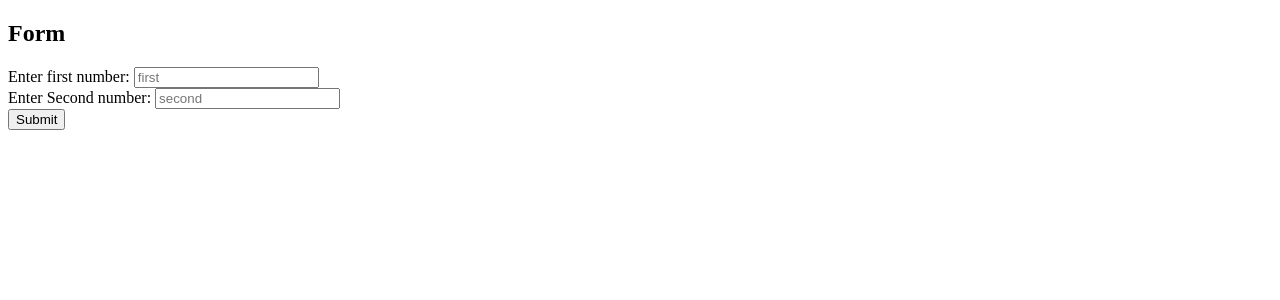
Repository: satvikagrasani/Spring-WorkSpace
Page: SpringMVC/WebAppDemo/FirstWebApp/src/main/webapp/index.html
An editor plug-in stored every save of this project. The page is shown before and after the next save, followed by the edit.
The browser window is 1280 px wide. The pictures show the whole page.

Above is the page before, as saved 2023-08-21 04:38:57.

After the next save:
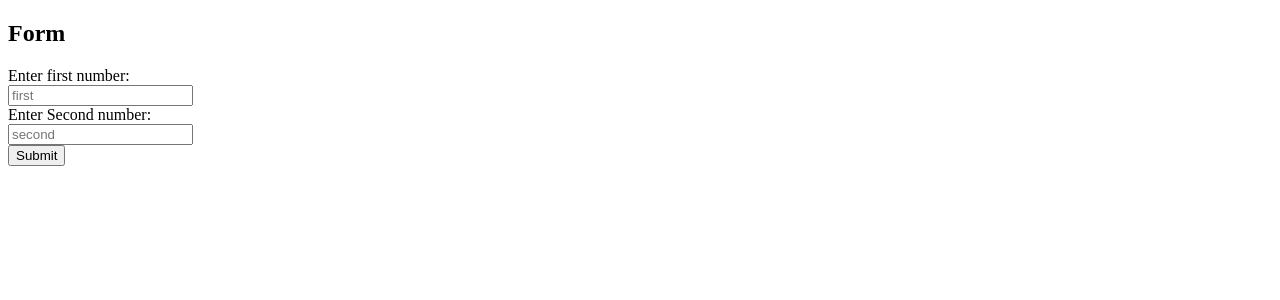
Saved 98 s later.
--- a/SpringMVC/WebAppDemo/FirstWebApp/src/main/webapp/index.html
+++ b/SpringMVC/WebAppDemo/FirstWebApp/src/main/webapp/index.html
@@ -7,9 +7,9 @@
 <body>
 	<h2> Form</h2>
 	<form>
-		<label>Enter first number:</label>
+		<label>Enter first number:</label><br>
 		<input type="text" placeholder="first"/><br>
-		<label>Enter Second number:</label>
+		<label>Enter Second number:</label><br>
 		<input type="text" placeholder="second"/><br>
 		<input type="submit" value="Submit"/>
 	</form>
